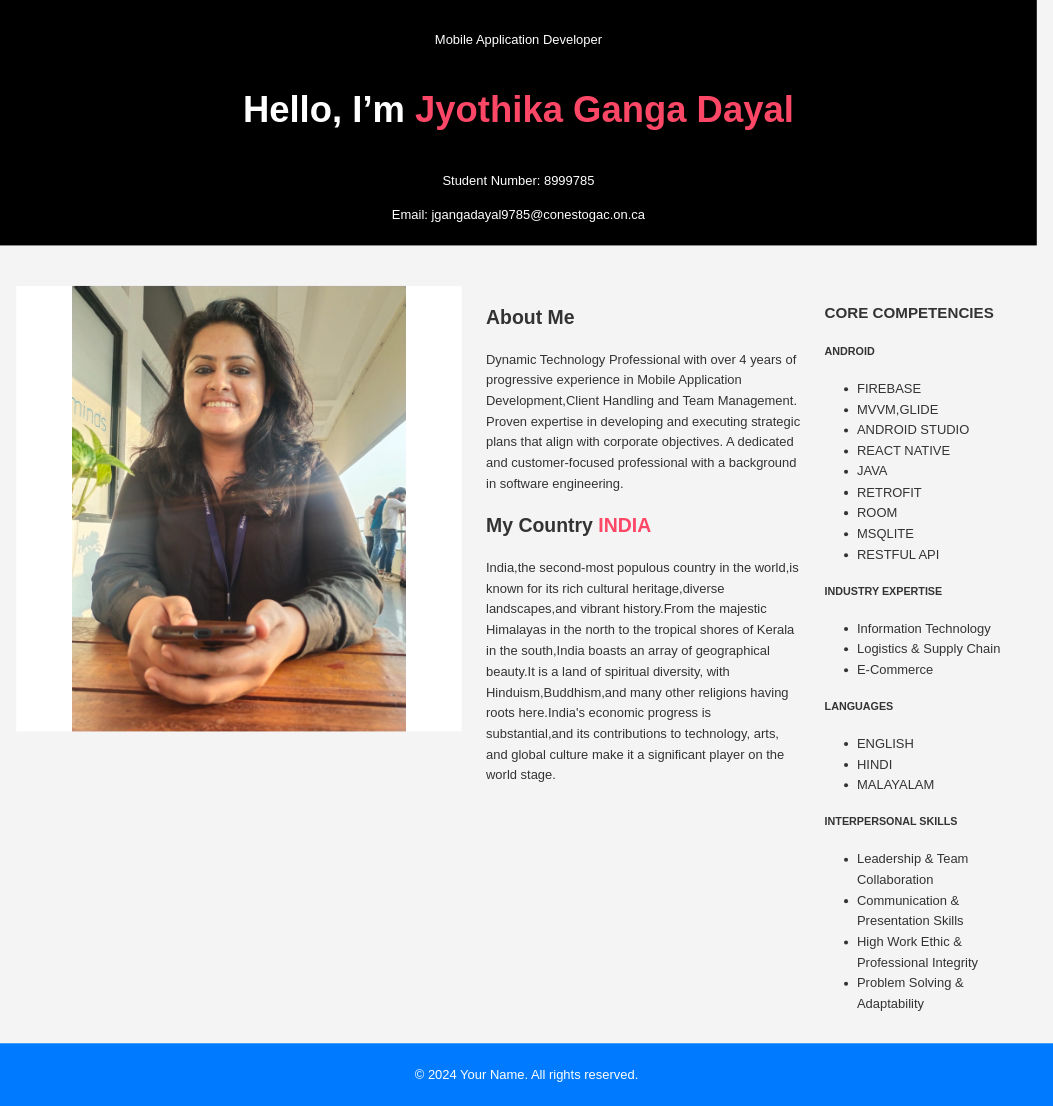
Repository: jyothika123/portfolio
Page: index.html
The author's editor kept a copy of each file at every save. The page is drawn from the files as they stood at one save, then again after the next save.
The browser window is 1280 px wide. The page is 1300 px wide, so the pictures cover 1300 px, including what lies to the right of the window. The pictures show the whole page, at 81% of full size.

Above is the page before, as saved 2024-09-22 17:15:12.

After the next save:
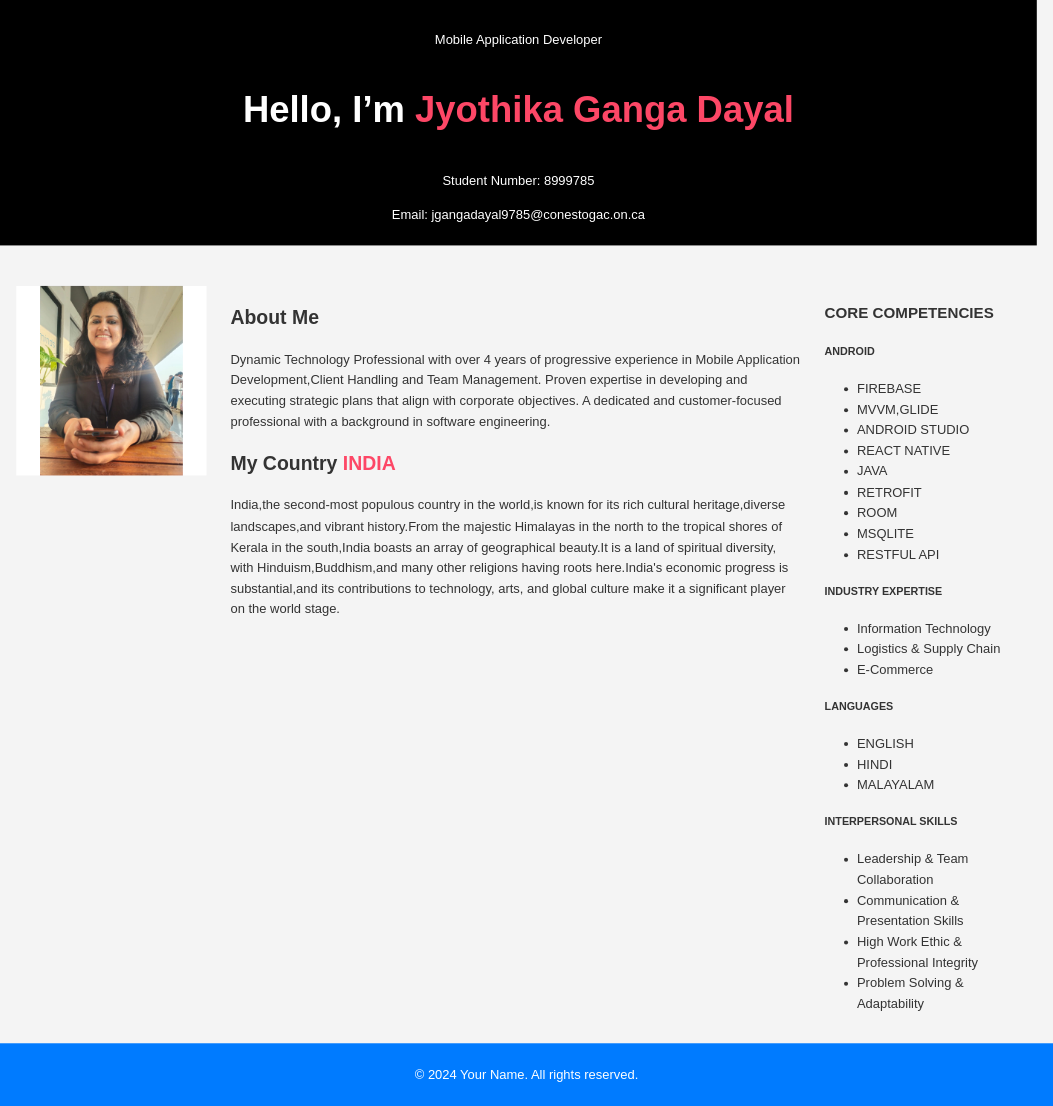
Saved 85 min 32 s later.
--- a/css/style.css
+++ b/css/style.css
@@ -43,8 +43,9 @@
 }
 
 .profile{
-    width:550px;
-    height: 550px;
+    /* width:550px;
+    height: 550px; */
+    max-width:100%;height:auto;
 }
 
 .content h1 {

After the save that followed:
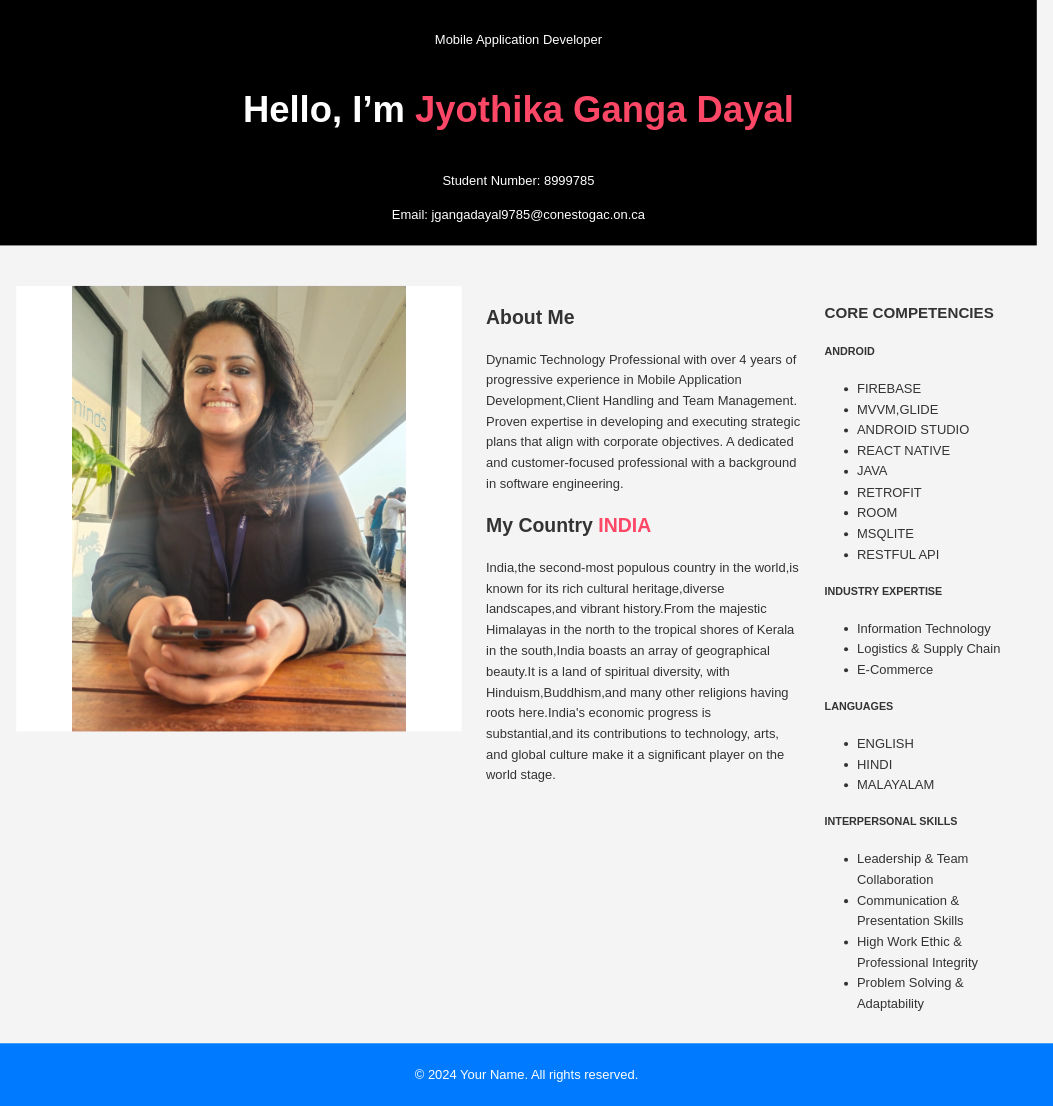
Saved 25 s later.
--- a/css/style.css
+++ b/css/style.css
@@ -43,9 +43,8 @@
 }
 
 .profile{
-    /* width:550px;
-    height: 550px; */
-    max-width:100%;height:auto;
+    width:550px;
+    height: 550px;
 }
 
 .content h1 {
